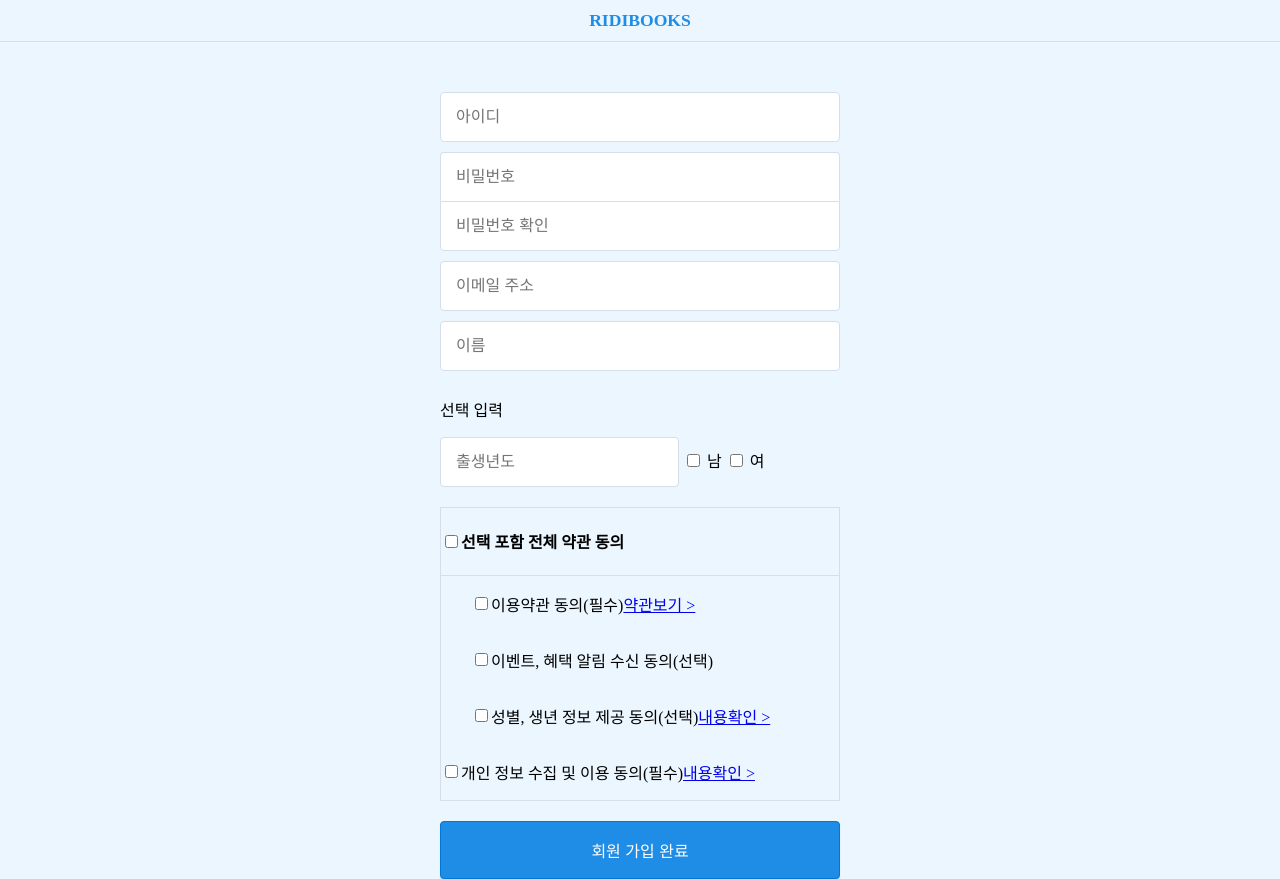
Repository: mega-teamproject/teamproject1
Page: html/join2.html
The author's editor kept a copy of each file at every save. The page is drawn from the files as they stood at one save, then again after the next save.
The browser window is 1280 px wide. The pictures show the whole page.

Above is the page before, as saved 2021-12-28 03:02:40.

### html/join2.html
<!DOCTYPE html>
<html lang="ko">
  <head>
    <meta charset="UTF-8" />
    <meta http-equiv="X-UA-Compatible" content="IE=edge" />
    <meta name="viewport" content="width=device-width, initial-scale=1.0" />
    <title>insert page title</title>
    <link rel="stylesheet" href="../css/join2.css" />
  </head>
  <body>
    <div class="container">
      <header>
        <h3>
          <a href="index.html">RIDIBOOKS</a>
        </h3>
      </header>
      <form action="">
        <input type="text" class="mt-b" placeholder="아이디" />
        <input type="password" name="pwd" id="pwd" placeholder="비밀번호" />
        <input
          type="password"
          name="pwdCheck"
          id="pwdCheck"
          placeholder="비밀번호 확인"
          class="mt-b"
        />
        <input
          type="email"
          name="mail"
          id="mail"
          class="mt-b"
          placeholder="이메일 주소"
        />
        <input
          type="text"
          name="name"
          id="name"
          class="mt-b"
          placeholder="이름"
        />
        <div class="mt-b">
          <p id="label">선택 입력</p>
          <div class="birth&gender">
            <input type="text" placeholder="출생년도" />
            <input type="checkbox" name="gender" value="남" />
            <span>남</span>
            <input type="checkbox" name="gender" value="여" />
            <span>여</span>
          </div>
        </div>
        <div class="terms">
          <div class="allAgree agree">
            <input type="checkbox" name="all" id="all" />
            <h4>선택 포함 전체 약관 동의</h4>
          </div>
          <div class="termAgree agree m-l space">
            <input type="checkbox" name="term" id="term" />
            <p>이용약관 동의(필수)</p>
            <a href="#">약관보기 ></a>
          </div>
          <div class="alarmAgree agree m-l">
            <input type="checkbox" name="alarm" id="alarm" />
            <p>이벤트, 혜택 알림 수신 동의(선택)</p>
          </div>
          <div class="infoAgree agree m-l space">
            <input type="checkbox" name="info" id="info" />
            <p>성별, 생년 정보 제공 동의(선택)</p>
            <a href="#">내용확인 ></a>
          </div>
          <div class="personalAgree agree space">
            <input type="checkbox" name="personalInfo" id="personalInfo" />
            <p>개인 정보 수집 및 이용 동의(필수)</p>
            <a href="#">내용확인 ></a>
          </div>
        </div>
        <div class="complete">
          <button
            class="submit-login"
            type="button"
            onclick="location.href='join2.html'"
          >
            회원 가입 완료
          </button>
        </div>
      </form>
    </div>
  </body>
</html>

### css/join2.css
* {
  box-sizing: border-box;
}

body {
  margin: 0;
  background-color: #ebf6ff;
}

header {
  margin-bottom: 50px;
}

h3 {
  border-bottom: 1px solid #d6deeb;
  text-align: center;
  margin: 0;
  padding: 10px 0;
  font-size: 1.1rem;
  font-weight: bolder;
}

h3 a {
  text-decoration: none;
  color: #1f8ce6;
  font-weight: bold;
}
form {
  display: flex;
  flex-flow: column;
  width: 400px;
  margin: 0 auto;
}

form input {
  padding: 15px;
  border: 1px solid #d6deeb;
  border-radius: 4px;
  font-size: 1em;
}

input.mt-b {
  margin-bottom: 10px;
}

input#pwd {
  border-bottom: none;
  border-radius: 4px 4px 0 0;
}

input#pwdCheck {
  border-radius: 0 0 4px 4px;
}

.terms {
  border: 1px solid #d6deeb;
  margin-top: 20px;
  display: flex;
  flex-flow: column;
}
.allAgree {
  border-bottom: 1px solid #d6deeb;
}

.terms .agree {
  display: flex;
  align-items: center;
}

.terms .m-l {
  margin-left: 30px;
}

button.submit-login {
  width: 100%;
  padding: 16px 14px;
  margin: 20px 0;
  margin-bottom: 0;
  cursor: pointer;
  background-color: #1f8ce6;
  border: 1px solid #0077d9;
  border-radius: 4px;
  color: white;
  font-size: 1rem;
  font-weight: 570;
  box-shadow: 0 1px 1px 0 rgb(31 140 230 / 30%);
}

After the next save:
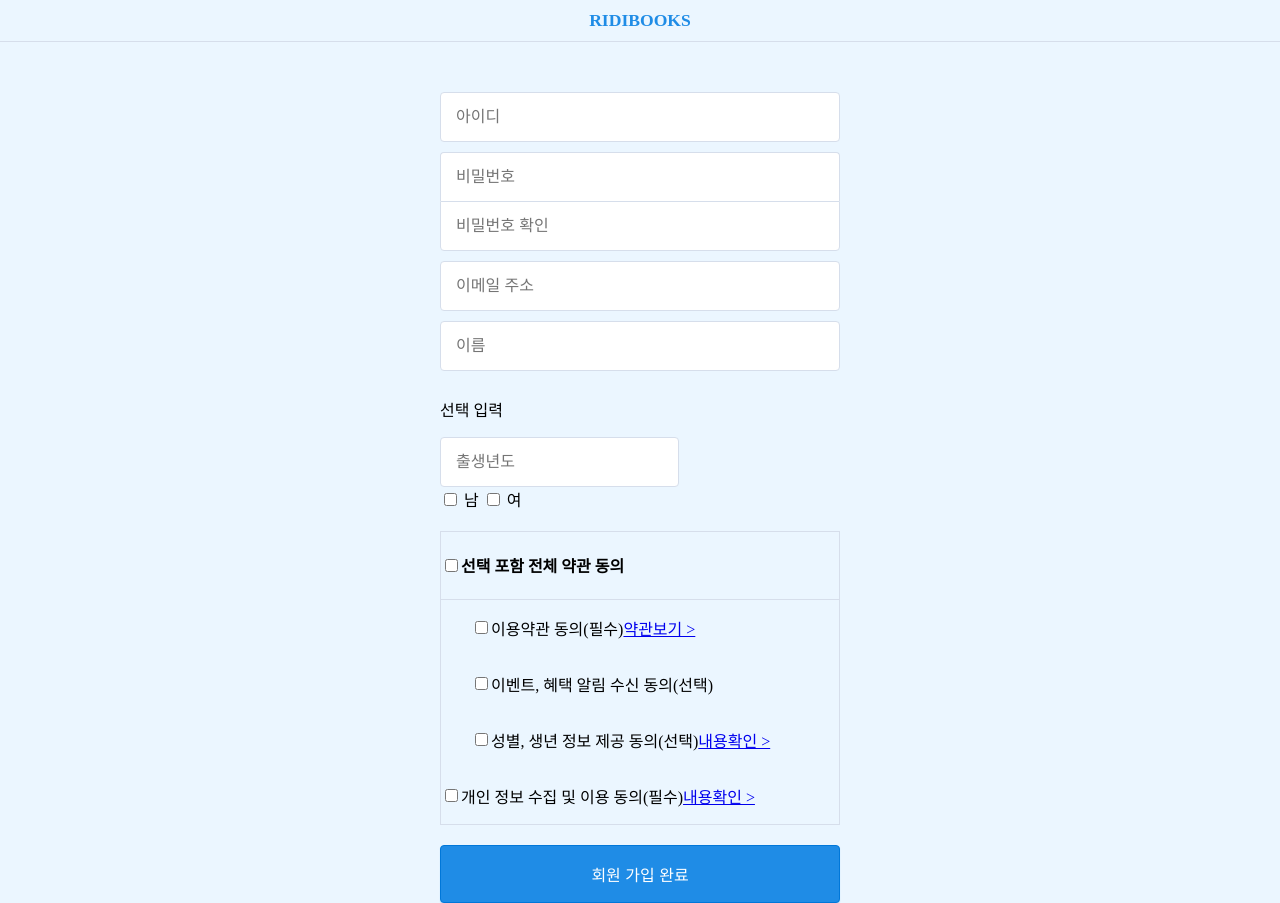
Saved 66 s later.
--- a/html/join2.html
+++ b/html/join2.html
@@ -41,11 +41,15 @@
         <div class="mt-b">
           <p id="label">선택 입력</p>
           <div class="birth&gender">
-            <input type="text" placeholder="출생년도" />
-            <input type="checkbox" name="gender" value="남" />
-            <span>남</span>
-            <input type="checkbox" name="gender" value="여" />
-            <span>여</span>
+            <div class="birth">
+              <input type="text" placeholder="출생년도" />
+            </div>
+            <div>
+              <input type="checkbox" name="gender" value="남" />
+              <span>남</span>
+              <input type="checkbox" name="gender" value="여" />
+              <span>여</span>
+            </div>
           </div>
         </div>
         <div class="terms">
